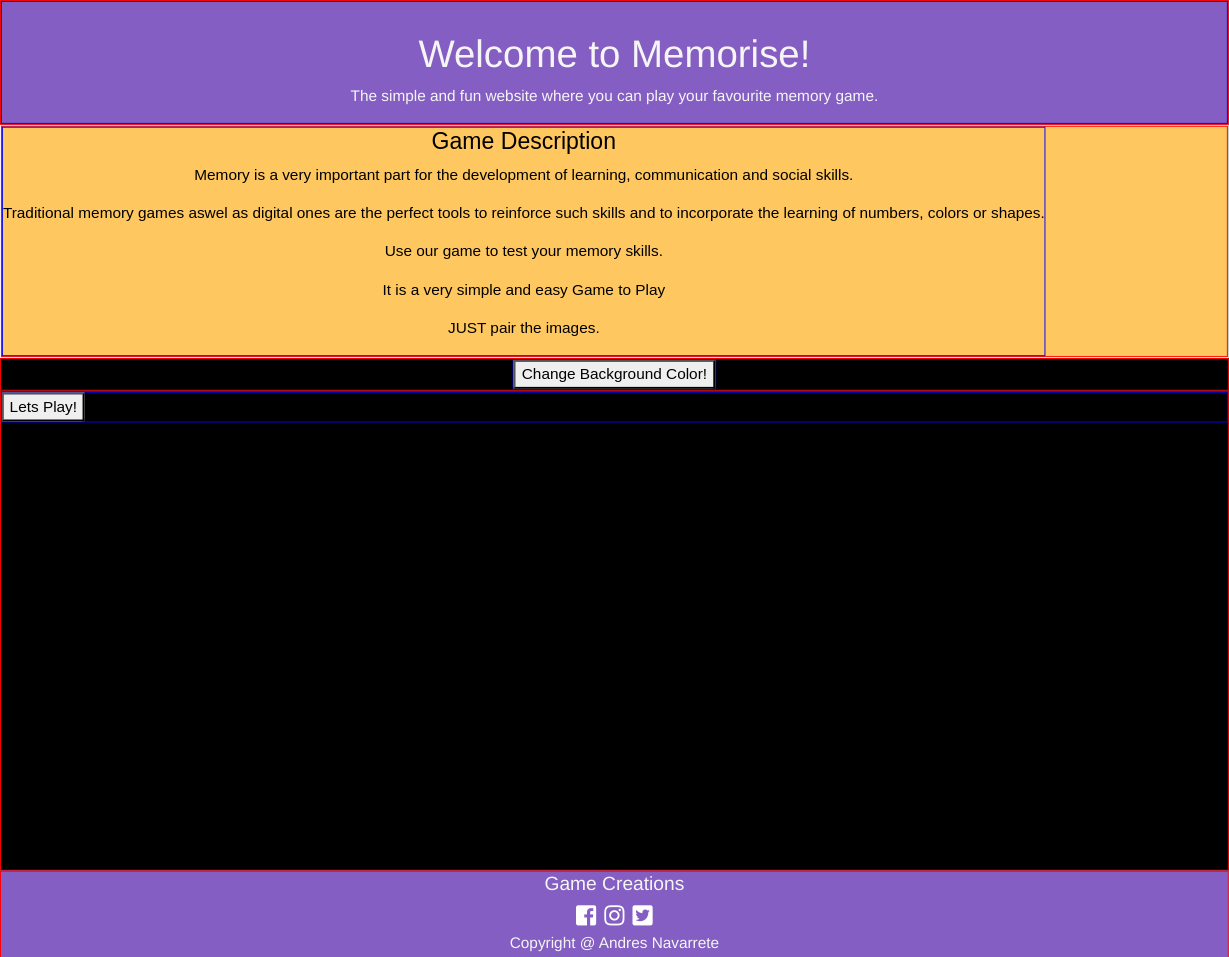
Repository: andna5980/memorise
Page: index.html
These files come from the project's save history. The page is drawn as it stood at one moment and after the next save; the edit follows.
The browser window is 1280 px wide. The pictures show the whole page, at 96% of full size.
After loading, the first visible `#changecolor` was clicked once.
Some web fonts or font styles are not loaded; a fallback is used. Some web libraries are served in a nearby version.

Above is the page before, as saved 2021-04-27 17:23:50.
Console error: TypeError: Cannot read properties of null (reading 'style')

### index.html
<!DOCTYPE html>
<html lang="en">

<head>
    <meta charset="UTF-8">
    <meta http-equiv="X-UA-Compatible" content="IE=edge">
    <meta name="viewport" content="width=device-width, initial-scale=1.0">
    <meta name="author" content="Andres Navarrete">
    <meta name="description" content="Web-based Memory Game">
    <title>MEMORISE | GAME</title>
    <link rel="stylesheet" href="https://cdn.jsdelivr.net/npm/bootstrap@4.5.3/dist/css/bootstrap.min.css"
        integrity="sha384-TX8t27EcRE3e/ihU7zmQxVncDAy5uIKz4rEkgIXeMed4M0jlfIDPvg6uqKI2xXr2" crossorigin="anonymous">
    <link rel="stylesheet" href="https://use.fontawesome.com/releases/v5.6.3/css/all.css"
        integrity="sha384-UHRtZLI+pbxtHCWp1t77Bi1L4ZtiqrqD80Kn4Z8NTSRyMA2Fd33n5dQ8lWUE00s/" crossorigin="anonymous">
    <link href="./assets/styles/style.css" rel="stylesheet">

</head>

<body>
    <header>
        <div class="test-red">
            <div class="welcome-test test-blue">
                <h1>Welcome to Memorise!</h1>
                <p>
                    The simple and fun website where you can play your favourite memory game.
                </p>

            </div>
        </div>
    </header>


    <div class="game-description row test-red">
        <div class="test-blue">
            <h4>Game Description</h4>
            <p>
                Memory is a very important part for the development of learning, communication and social skills.
            </p>
            <p>Traditional memory games aswel as digital ones are the perfect tools to reinforce such skills and to
                incorporate the learning of numbers, colors or shapes.</p>
            Use our game to test your memory skills.
            </p>
            <p>It is a very simple and easy Game to Play</p>
            <p> JUST pair the images. </p>
        </div>
    </div>



    <!---------CHANGE COLOR AREA ----->

    <div class="change-color test-red">
        <div class="test-blue">
            <button id="changecolor">Change Background Color!</button>
        </div>
    </div>


    <!---------GAME AREA ----->
    <div id="game-box"  class="game-area test-red">
        <div class="game-area-box test-blue">
            <button id="letsplay">Lets Play!</button>
        </div>
    </div>



    <footer>
        <div class="social-networks test-red">
            <h5>Game Creations</h5>

            <a href="http://facebook.com" target="_blank"><i class="fab fa-facebook-square"></i></a>

            <a href="http://instagram.com" target="_blank"><i class="fab fa-instagram"></i></a>

            <a href="http://twitter.com" target="_blank"><i class="fab fa-twitter-square"></i></a>

            <h6>Copyright @ Andres Navarrete</h6>
        </div>
    </footer>

    <script src="./assets/js/main.js"></script>
</body>

</html>

### assets/styles/style.css
@import url('https://fonts.googleapis.com/css2?family=Amatic+SC&family=Original+Surfer&display=swap');

body {
    font-family: Arial, Helvetica, sans-serif;
    color: whitesmoke;
    max-width: 2000px;
}

header {
    font-family: Original Surfer, Amatic, Helvetica;
    color: whitesmoke;
    background-color: #845EC2;
}


/*   ROWS AND COLUMM AREAS   */
.test-red{
    border:1px solid red
}

.test-blue {
    border: 1px solid blue;
}

/*------------------------------------------HEADER------------------------*/

.welcome-test {
    text-align: center;
    margin-top: 25px 0;
    padding-top: 30px;
}




/*----------------------------------CHANGE BACKGROUND COLOR AREA -----------------------*/

.change-color {
    background-color: black;
    display: flex;
    justify-content: center;
    align-items: center;
}
#changecolor {
 margin: auto;
 /*margin-left: 35%;*/
}


/*----------------------------------GAME DESCRIPTION -----------------------*/

.game-description {
    margin: 1px;
    background-color: #FFC75F;
    color: black;
    text-align: center;
}










/*--------------------------------GAME AREA--------------------------------*/

#game-box {
    background-color: black;
    height: 500px;

}





/*--------------------------------FOOTER--------------------------------*/

footer {
    font-family: Original Surfer, Amatic, Helvetica;
    color: whitesmoke;
    background-color: #845EC2;
    height: 90px;
    width: 100%;
    overflow: hidden;
}

.social-networks {
    text-align: center;
}

.social-networks a {
    color: white;
    margin: 1px;
    padding: 1px;
    display: inline-block;
    transition: all 0.35s ease-in-out;
    -moz-transition: all 0.35s ease-in-out;
    -webkit-transition: all 0.35s ease-in-out;
    -o-transition: all 0.35s ease-in-out;
}

.social-networks a i:hover {
    color:#F9F871;
}

.social-networks i {
    font-size: 150%;
}

### assets/js/main.js
//Colors array
let colors = ['black','blue','yellow', 'white','brown'];

//get button
let button = document.getElementById('changecolor');

//add Event
button.addEventListener('click', function(){

    //add random color
    var randomColor = colors[Math.floor(Math.random() * colors.length)]
    let container = document.getElementById('game-area-box');

    container.style.background = randomColor;
})

After the next save:
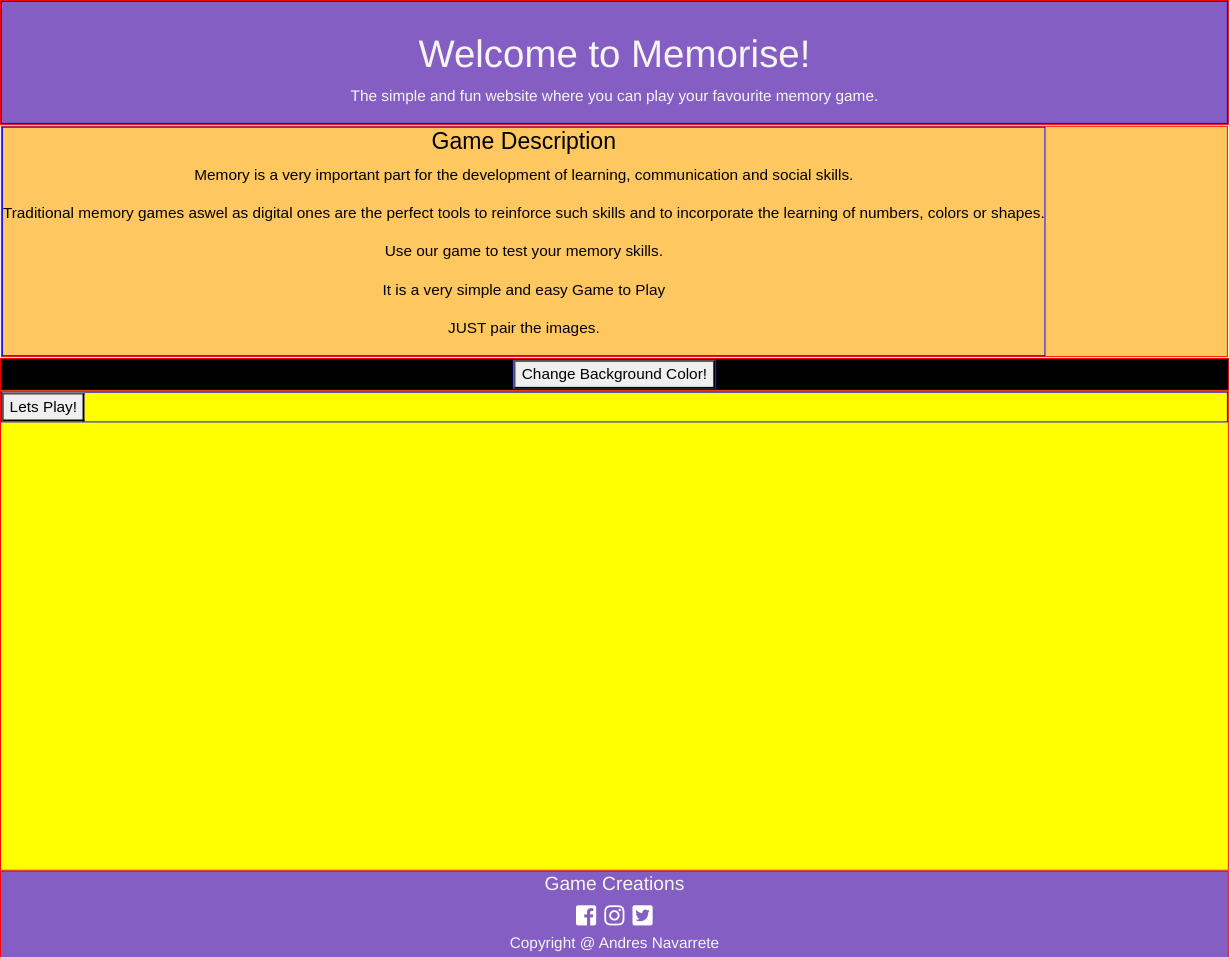
The error is gone.
Saved 8 s later.
--- a/assets/js/main.js
+++ b/assets/js/main.js
@@ -9,7 +9,7 @@ button.addEventListener('click', function(){
 
     //add random color
     var randomColor = colors[Math.floor(Math.random() * colors.length)]
-    let container = document.getElementById('game-area-box');
+    let container = document.getElementById('game-box');
 
     container.style.background = randomColor;
 })
